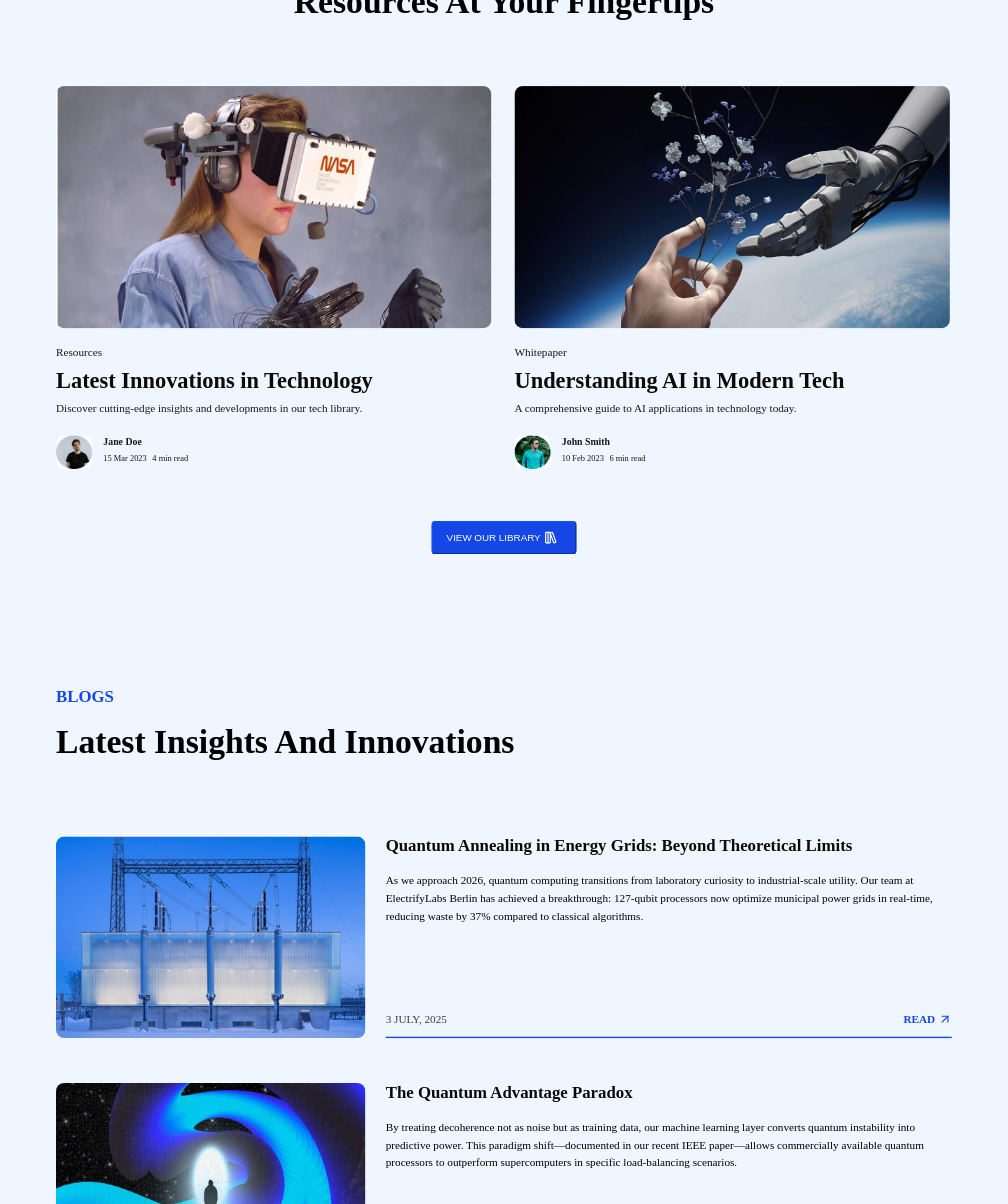
Repository: neelpatel6262/electrifylabs_homepage
Page: /
These files come from the project's save history. The page is drawn as it stood at one moment and after the next save; the edit follows.
The browser window is 1280 px wide. The page is 1440 px wide, so the pictures cover 1440 px, including what lies to the right of the window. The pictures show the part of the page from y = 4780 to 6500 px (the page is 8532 px tall), at 70% of full size.
The project was rebuilt for these pictures with package versions that can differ from the ones it lists, and the page was loaded fresh each time. Also part of the build but not shown: vite.config.js.

Above is the page before, as saved 2026-02-21 16:50:50.

### index.html
<!doctype html>
<html lang="en">
  <head>
    <meta charset="UTF-8" />
    <link rel="icon" type="image/svg+xml" href="/src/assets/LOGO.svg" />
    <meta name="viewport" content="width=device-width, initial-scale=1.0" />
    <title>ElectrifyLabs Homepage</title>
  </head>
  <body>
    <div id="root"></div>
    <script type="module" src="/src/main.jsx"></script>
  </body>
</html>

### src/main.jsx
import { StrictMode } from 'react'
import { createRoot } from 'react-dom/client'
import './index.css'
import Navbar from './components/Navbar.jsx'
import HeroSection from './components/HeroSection.jsx'
import AboutSection from './components/AboutSection.jsx'
import ServiceSection from './components/ServiceSection.jsx'
import ServiceCard from './components/ServiceCard.jsx'
import ProductSection from './components/ProductSection.jsx'
import LibrarySection from './components/LibrarySection.jsx'
import BlogSection from './components/BlogSection.jsx'
import CTASection from './components/CTASection.jsx'
import Footer from './components/Footer.jsx'





createRoot(document.getElementById('root')).render(
  <>
    <Navbar />
    <HeroSection />
    <AboutSection />
    <ServiceSection />
    <ServiceCard />
    <ProductSection />
    <LibrarySection />
    <BlogSection />
    <CTASection />
    <Footer />

  </>
)

### src/components/Navbar.jsx
import { ArrowUpRight } from 'lucide-react';
import Logo from '../assets/LOGO.svg';

const navLinks = [
  { id: 1, label: 'about', href: '#' },
  { id: 2, label: 'service', href: '#' },
  { id: 3, label: 'product', href: '#' },
  { id: 4, label: 'library', href: '#' },
  { id: 5, label: 'blogs', href: '#' },
];

function Navbar() {
  return (
    <div className="navbar-section">
      <div className="navbar-container">

        {/* Logo */}
        <div className="logo">
          <img src={Logo} alt="logo" />
        </div>

        {/* Nav Links */}
        <div className="nav-links">
          {navLinks.map((link) => (
            <a key={link.id} href={link.href}>
              {link.label}
            </a>
          ))}
        </div>

        {/* Button */}
        <button className="navbar-btn">
          <div className="navbar-btn-conatiner">
            contact us
            <ArrowUpRight size={20} />
          </div>
        </button>

      </div>
    </div>
  );
}

export default Navbar;

### src/components/HeroSection.jsx
import { ArrowUpRight, Zap, Star as StarIcon } from 'lucide-react';
import Frame from '../assets/frame.svg';
import HeroImg from '../assets/heo-img.svg';
import Star from '../assets/star.svg';



// Star rating array — 5 stars
const stars = [1, 2, 3, 4, 5];

function HeroSection() {
  return (
    <div className="hero-section">

      {/* Left Content */}
      <div className="hero-left-content">
        <div className="heading-section">

          {/* CRM / Rating Row */}
          <div className="crm-section">
            <div className="frame">
              <img src={Frame} alt="frame" />
            </div>
            <div className="rating-section">
              <div className="rating-section-container">
                <div className="rating">
                  {stars.map((star) => (
                    <img key={star} src={Star} alt="star" />
                  ))}
                </div>
                <div className="rating-heading">
                  rated 5.0 by 40+ happy customers!
                </div>
              </div>
            </div>
          </div>

          {/* Hero Heading */}
          <div className="hero-heading">
            <span className="hero-highlights">electrifylabs</span> is powering the future of innovation
          </div>

        </div>

        {/* Subheading + Buttons */}
        <div className="hero-subheading">
          <div className="subheading">
            At ElectrifyLabs, we are dedicated to transforming ideas into cutting-edge technology solutions.
            Join us on a journey to innovate and electrify the future.
          </div>

          <div className="hero-cta-actions">
            {/* Primary Button */}
            <button className="hero-btn">
              <div className="hero-btn-container">
                contact us
                <ArrowUpRight size={20} />
              </div>
            </button>

            {/* Secondary Button */}
            <button className="hero-secondary-btn">
              <div className="hero-secondary-btn-container">
                view all products
                <Zap size={20} />
              </div>
            </button>
          </div>
        </div>
      </div>

      {/* Right Content - Hero Image */}
      <div className="right-content">
        <img src={HeroImg} alt="hero" />
      </div>

    </div>
  );
}

export default HeroSection;

### src/components/AboutSection.jsx
import { ArrowUpRight } from 'lucide-react';
import Placeholder from '../assets/Placeholder.jpg';

function AboutSection() {
  return (
    <div className="about-section">
      <div className="about-container">

        {/* Who We Are - Top Text */}
        <div className="who-we-are-section">
          <div className="about-heading">Who We Are</div>
          <div className="sub-heading">
            At ElectrifyLabs, we are committed to driving innovation through cutting-edge technology.
            Our mission is to deliver smart, electrifying solutions that enhance performance and
            reliability across various industries.
          </div>
        </div>

        {/* Content Section - Image + Stats */}
        <div className="about-content-section">

          {/* Left - Placeholder Image */}
          <div className="placeholder">
            <img src={Placeholder} alt="about us" />
          </div>

          {/* Right - Stats + CTA */}
          <div className="about-right-content">

            {/* Stat One */}
            <div className="content-one">
              <h1>75+</h1>
              <h4>Global Branches Established</h4>
              <p>Expanding our reach worldwide.</p>
            </div>

            {/* Stat Two + Read More */}
            <div className="content-two">
              <div className="content-two-info">
                <h1>15+</h1>
                <h4>Industry Awards Won</h4>
                <p>Recognized for excellence in manufacturing and automation.</p>
              </div>

              {/* Read More CTA */}
              <div className="content-cta-section">
                <div className="content-cta-section-container">
                  <h1>read more</h1>
                  <ArrowUpRight size={32} />
                </div>
                <hr className="about-cta" />
              </div>

            </div>
          </div>
        </div>

      </div>
    </div>
  );
}

export default AboutSection;

### src/components/ServiceSection.jsx
import { Zap, Plug, Cable, ArrowUpRight } from 'lucide-react';
import ServiceCard from './ServiceCard';

const cards = [
  {
    id: 1,
    icon: <Zap size={24} color="white" />,
    heading: "Explore Our Comprehensive Range of Services",
    subheading: "At ElectrifyLabs, we provide cutting-edge technology solutions to drive your success.",
    cardClass: "service-card-one",
    headingClass: "service-card-heading",
    subheadingClass: "service-card-subheading",
  },
  {
    id: 2,
    icon: <Plug size={24} color="white" />,
    heading: "Product Engineering: Transforming Ideas into Reality",
    subheading: "Our team specializes in developing innovative products tailored to your specifications.",
    cardClass: "service-card-two",
    headingClass: "service-card-two-heading",
    subheadingClass: "service-card-two-subheading",
  },
  {
    id: 3,
    icon: <Cable size={24} color="white" />,
    heading: "R&D Innovation: Pioneering Tomorrow's Technologies Today",
    subheading: "We invest in research and development to create groundbreaking tech solutions.",
    cardClass: "service-card-three",
    headingClass: "service-card-three-heading",
    subheadingClass: "service-card-three-subheading",
  },
];

function ServiceSection() {
  return (
    <div className="service-section">
      <div className="service-container">

        {/* Intro */}
        <div className="service-intro-section">
          <div className="service-body-heading">our services</div>
          <div className="service-heading">
            What We Offer: Innovative Solutions Tailored to Your Needs
          </div>
        </div>

        {/* Cards */}
        <div className="services-cards-section">
          {cards.map((card) => (
            <ServiceCard
              key={card.id}
              icon={card.icon}
              heading={card.heading}
              subheading={card.subheading}
              cardClass={card.cardClass}
              headingClass={card.headingClass}
              subheadingClass={card.subheadingClass}
            />
          ))}
        </div>

        {/* Button */}
        <button className="service-btn">
          <div className="service-btn-container">
            view all services
            <ArrowUpRight size={20} />
          </div>
        </button>

      </div>
    </div>
  );
}

export default ServiceSection;

### src/components/ServiceCard.jsx


function ServiceCard({ icon, heading, subheading, cardClass, headingClass, subheadingClass })

{
  return (
    <div className={cardClass}>
      <div className="service-icon">
        {icon}
      </div>
      <div className={headingClass}>
        {heading}
      </div>
      <div className={subheadingClass}>
        {subheading}
      </div>
    </div>
  );
}



export default ServiceCard;

### src/components/LibrarySection.jsx
import { LibraryBig } from 'lucide-react';
import LibraryOne from '../assets/Library-One-Placeholder.jpg';
import LibraryTwo from '../assets/Library-Two-Placeholder.jpg';
import PersonOne from '../assets/person-one.jpg';
import PersonTwo from '../assets/peson-two.jpg';

// Cards data array
const libraryCards = [
  {
    id: 1,
    image: LibraryOne,
    category: 'Resources',
    heading: 'Latest Innovations in Technology',
    subheading: 'Discover cutting-edge insights and developments in our tech library.',
    personImage: PersonOne,
    personName: 'Jane Doe',
    date: '15 Mar 2023',
    readTime: '4 min read',
  },
  {
    id: 2,
    image: LibraryTwo,
    category: 'Whitepaper',
    heading: 'Understanding AI in Modern Tech',
    subheading: 'A comprehensive guide to AI applications in technology today.',
    personImage: PersonTwo,
    personName: 'John Smith',
    date: '10 Feb 2023',
    readTime: '6 min read',
  },
];

// LibraryCard — reusable card component
function LibraryCard({ image, category, heading, subheading, personImage, personName, date, readTime }) {
  return (
    <div className="card-one">

      {/* Card Main Image */}
      <img src={image} alt={heading} />

      {/* Card Text Content */}
      <div className="card-one-content">
        <p>{category}</p>
        <h2>{heading}</h2>
        <h4>{subheading}</h4>
      </div>

      {/* Author Details */}
      <div className="person-details">
        <img src={personImage} alt={personName} />
        <div className="person-info">
          <h4>{personName}</h4>
          <div className="person-library-content">
            <h4>{date}</h4>
            <h5>{readTime}</h5>
          </div>
        </div>
      </div>

    </div>
  );
}

function LibrarySection() {
  return (
    <div className="library-section">
      <div className="library-container">

        {/* Intro */}
        <div className="library-intro">
          <p>Our Library</p>
          <h1>Explore a wealth of tech resources at your fingertips</h1>
        </div>

        {/* Cards */}
        <div className="cards">
          {libraryCards.map((card) => (
            <LibraryCard
              key={card.id}
              image={card.image}
              category={card.category}
              heading={card.heading}
              subheading={card.subheading}
              personImage={card.personImage}
              personName={card.personName}
              date={card.date}
              readTime={card.readTime}
            />
          ))}
        </div>

        {/* Button */}
        <button className="library-primary-btn">
          <div className="library-primary-btn-container">
            view our library
            <LibraryBig size={20} />
          </div>
        </button>

      </div>
    </div>
  );
}

export default LibrarySection;

### src/components/BlogSection.jsx
import { ArrowUpRight } from 'lucide-react';
import BlogOne from '../assets/Blog-One-Placeholder.jpg';
import BlogTwo from '../assets/Blog-Two-Placeholder.jpg';
import BlogThree from '../assets/Blog-Three-Placeholder.jpg';

// Blog data array
const blogs = [
  {
    id: 1,
    image: BlogOne,
    heading: 'Quantum Annealing in Energy Grids: Beyond Theoretical Limits',
    description:
      'As we approach 2026, quantum computing transitions from laboratory curiosity to industrial-scale utility. Our team at ElectrifyLabs Berlin has achieved a breakthrough: 127-qubit processors now optimize municipal power grids in real-time, reducing waste by 37% compared to classical algorithms.',
    date: '3 July, 2025',
  },
  {
    id: 2,
    image: BlogTwo,
    heading: 'The Quantum Advantage Paradox',
    description:
      'By treating decoherence not as noise but as training data, our machine learning layer converts quantum instability into predictive power. This paradigm shift—documented in our recent IEEE paper—allows commercially available quantum processors to outperform supercomputers in specific load-balancing scenarios.',
    date: '22 Aug, 2025',
  },
  {
    id: 3,
    image: BlogThree,
    heading: 'Munich Case Study: From Theory to Grid Reality',
    description:
      'As we approach 2026, quantum computing transitions from laboratory curiosity to industrial-scale utility. Our team at ElectrifyLabs Berlin has achieved a breakthrough: 127-qubit processors now optimize municipal power grids in real-time, reducing waste by 37% compared to classical algorithms.',
    date: '3 July, 2025',
  },
];

// BlogCard — reusable blog card component
function BlogCard({ image, heading, description, date }) {
  return (
    <div className="blog-one">

      {/* Blog Image */}
      <img src={image} alt={heading} />

      {/* Blog Content */}
      <div className="blog-content">
        <div className="blog-heading">
          <h1>{heading}</h1>
          <p>{description}</p>
        </div>

        {/* Date + Read CTA */}
        <div className="blog-cta">
          <div className="blog-cta-content">
            <p>{date}</p>
            <h4>
              Read <ArrowUpRight size={20} />
            </h4>
          </div>
          <hr className="line" />
        </div>

      </div>
    </div>
  );
}

function BlogSection() {
  return (
    <div className="blog-section">
      <div className="blog-container">

        {/* Intro */}
        <div className="blog-intro-section">
          <p>blogs</p>
          <h1>Latest Insights and Innovations</h1>
        </div>

        {/* Blog Cards */}
        <div className="blogs-contents">
          {blogs.map((blog) => (
            <BlogCard key={blog.id} {...blog} />
          ))}
        </div>

      </div>
    </div>
  );
}

export default BlogSection;

### src/components/CTASection.jsx
import { useState } from 'react';

function CTASection() {
  // useState to track what user types in the email input
  const [email, setEmail] = useState('');
  const [isLoading, setIsLoading] = useState(false);
  const [submitted, setSubmitted] = useState(false);

  // This runs when form is submitted
  const handleSubmit = (e) => {
    e.preventDefault();       // stops page from refreshing (default form behavior)
    setIsLoading(true);       // show spinner

    // Simulate a 2 second API call
    setTimeout(() => {
      setIsLoading(false);
      setSubmitted(true);
      setEmail('');            // clear input after submit
    }, 2000);
  };

  return (
    <div className="cta-section">
      <div className="cta-container">

        {/* Intro */}
        <div className="cta-intro-section">
          <p>Get in Touch</p>
          <h1>We'd love to hear from you! Reach out with any questions or inquiries.</h1>
        </div>

        {/* Form */}
        <div className="cta-btn">
          <form className="cta-email-form" onSubmit={handleSubmit}>
            <div className="input-container">
              <input
                type="email"
                className="email-input"
                id="emailInput"
                required
                autoComplete="email"
                value={email}
                onChange={(e) => setEmail(e.target.value)}
              />
              <label className="input-placeholder" htmlFor="emailInput">
                Enter your email address
              </label>
            </div>

            <button type="submit" className="email-btn" disabled={isLoading}>
              {/* Show spinner or text based on loading state */}
              {isLoading ? (
                <div className="btn-spinner" />
              ) : submitted ? (
                <span className="btn-text">✓ Done!</span>
              ) : (
                <span className="btn-text">Request Access</span>
              )}
            </button>
          </form>

          <h4>accepts the cookies. <span>OKAY</span></h4>
        </div>

      </div>
    </div>
  );
}

export default CTASection;

### src/components/Footer.jsx
import Logo from '../assets/LOGO.svg';

// Navigation links data
const navLinks = [
  { id: 1, label: 'about', href: '#' },
  { id: 2, label: 'service', href: '#' },
  { id: 3, label: 'product', href: '#', isNew: true },
  { id: 4, label: 'library', href: '#' },
  { id: 5, label: 'blogs', href: '#' },
];

// Social links data
const socialLinks = [
  { id: 1, label: 'Instagram', href: 'https://www.instagram.com/' },
  { id: 2, label: 'Twitter', href: 'https://twitter.com/' },
  { id: 3, label: 'Facebook', href: 'https://www.facebook.com/' },
];

// Legal links data
const legalLinks = [
  { id: 1, label: 'Terms & Conditions', href: '#' },
  { id: 2, label: 'Privacy Policy', href: '#' },
  { id: 3, label: 'ESG Policy', href: '#' },
];

function Footer() {
  return (
    <div className="footer-section">
      <div className="footer-container">
        <div className="footer-content">
          <div className="footer-section-content">

            {/* Brand */}
            <div className="footer-brand">
              <div className="footer-logo">
                <img src={Logo} alt="logo" />
                electrifylabs
              </div>
              <div className="footer-contact">+1 (555) 123-4567</div>
              <div className="footer-email">contact@electrifylabs.com</div>
            </div>

            {/* Links */}
            <div className="footer-links">

              {/* Navigation */}
              <div className="navigation-content">
                <h4>Navigation</h4>
                {navLinks.map((link) => (
                  <div key={link.id}>
                    <a href={link.href}>{link.label}</a>
                    {/* Only show "new" badge on product link */}
                    {link.isNew && <div className="new-tag">new</div>}
                  </div>
                ))}
              </div>

              {/* Follow Us */}
              <div className="follow-content">
                <h4>follow us</h4>
                {socialLinks.map((link) => (
                  <a key={link.id} href={link.href} target="_blank" rel="noreferrer">
                    {link.label}
                  </a>
                ))}
              </div>

              {/* Legal */}
              <div className="legel-content">
                <h4>legel</h4>
                {legalLinks.map((link) => (
                  <a key={link.id} href={link.href}>
                    {link.label}
                  </a>
                ))}
              </div>

            </div>
          </div>

          <hr className="footer-line" />
          <p>© 2025 ElectrifyLabs. All rights reserved.</p>

        </div>
      </div>
    </div>
  );
}

export default Footer;

Loaded but not shown: src/index.css (1500 lines, source omitted); src/components/ProductSection.jsx (100 lines, source omitted)

After the next save:
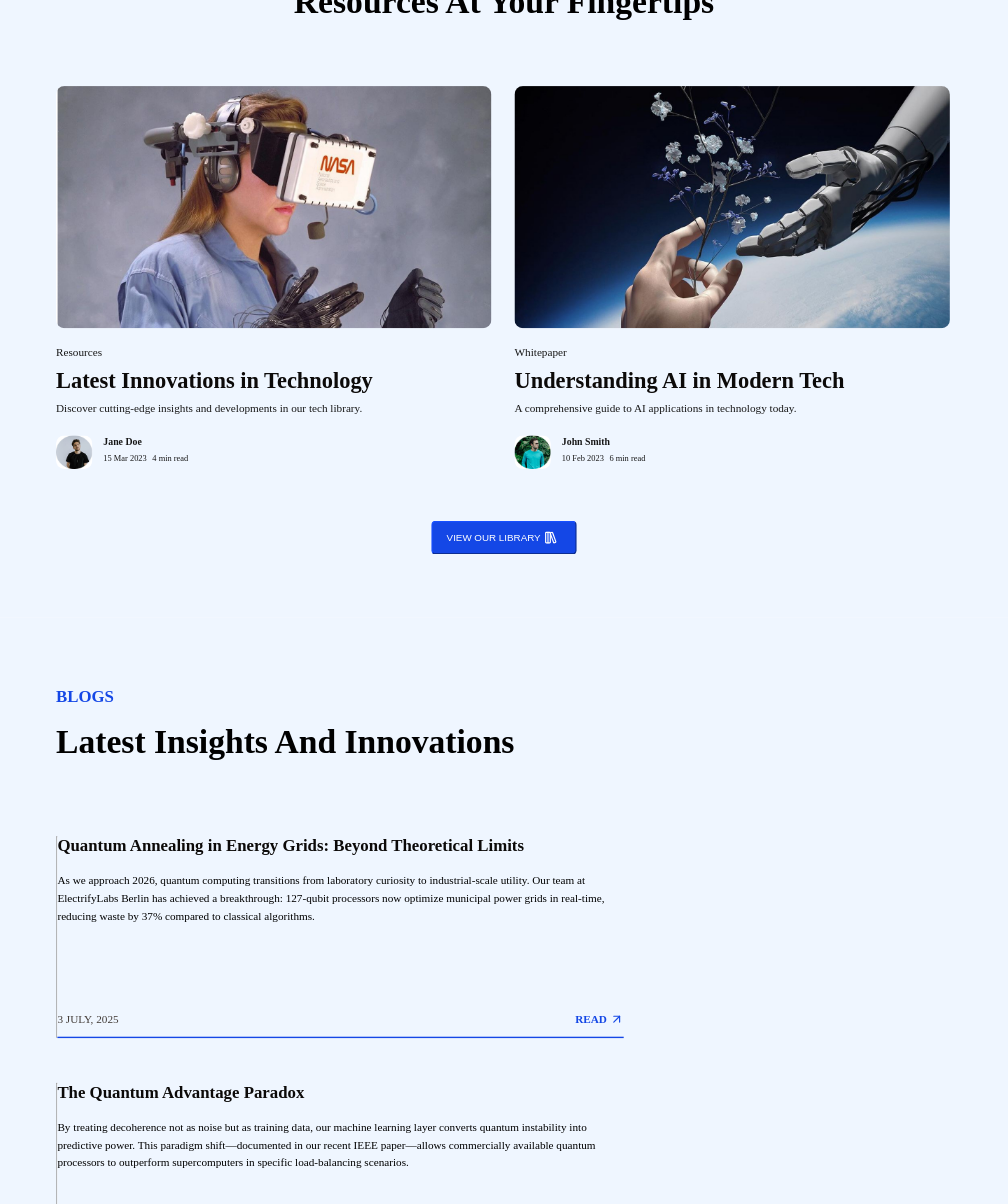
Saved 2 min 36 s later.
--- a/src/components/BlogSection.jsx
+++ b/src/components/BlogSection.jsx
@@ -1,13 +1,9 @@
 import { ArrowUpRight } from 'lucide-react';
-import BlogOne from '../assets/Blog-One-Placeholder.jpg';
-import BlogTwo from '../assets/Blog-Two-Placeholder.jpg';
-import BlogThree from '../assets/Blog-Three-Placeholder.jpg';
 
 // Blog data array
 const blogs = [
   {
     id: 1,
-    image: BlogOne,
     heading: 'Quantum Annealing in Energy Grids: Beyond Theoretical Limits',
     description:
       'As we approach 2026, quantum computing transitions from laboratory curiosity to industrial-scale utility. Our team at ElectrifyLabs Berlin has achieved a breakthrough: 127-qubit processors now optimize municipal power grids in real-time, reducing waste by 37% compared to classical algorithms.',
@@ -15,7 +11,6 @@
   },
   {
     id: 2,
-    image: BlogTwo,
     heading: 'The Quantum Advantage Paradox',
     description:
       'By treating decoherence not as noise but as training data, our machine learning layer converts quantum instability into predictive power. This paradigm shift—documented in our recent IEEE paper—allows commercially available quantum processors to outperform supercomputers in specific load-balancing scenarios.',
@@ -23,7 +18,6 @@
   },
   {
     id: 3,
-    image: BlogThree,
     heading: 'Munich Case Study: From Theory to Grid Reality',
     description:
       'As we approach 2026, quantum computing transitions from laboratory curiosity to industrial-scale utility. Our team at ElectrifyLabs Berlin has achieved a breakthrough: 127-qubit processors now optimize municipal power grids in real-time, reducing waste by 37% compared to classical algorithms.',
@@ -32,12 +26,12 @@
 ];
 
 // BlogCard — reusable blog card component
-function BlogCard({ image, heading, description, date }) {
+function BlogCard({ heading, description, date }) {
   return (
     <div className="blog-one">
 
-      {/* Blog Image */}
-      <img src={image} alt={heading} />
+      {/* Horizontal Rule */}
+      <hr className="blog-image-hr" />
 
       {/* Blog Content */}
       <div className="blog-content">
